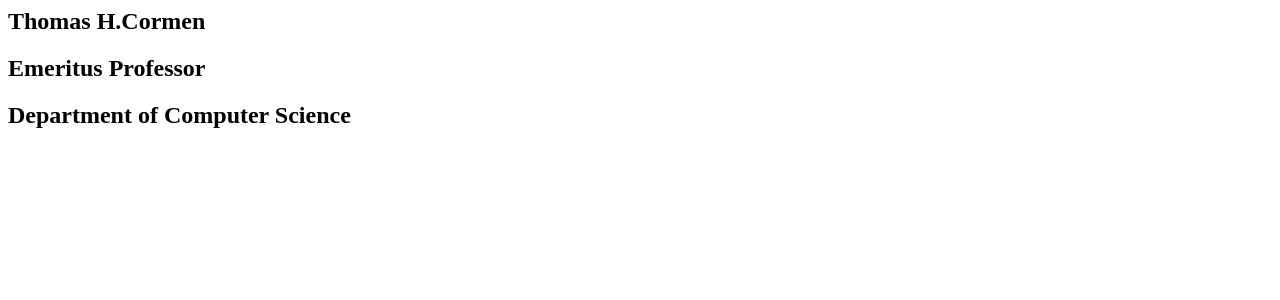
Repository: HoangDuy315/web-dev2022
Page: index.html
An editor plug-in stored every save of this project. The page is shown before and after the next save, followed by the edit.
The browser window is 1280 px wide. The pictures show the whole page.

Above is the page before, as saved 2022-09-22 14:03:06.

### index.html
<html lang="en">
<head>
    <meta charset="UTF-8">
    <meta http-equiv="X-UA-Compatible" content="IE=edge">
    <meta name="viewport" content="width=device-width, initial-scale=1.0">
    <title>Document</title>
</head>
<body>
    <h2>Thomas H.Cormen</h2>
    <h2>Emeritus Professor</h2>
    <h2>Department of Computer Science</h2>
</body>
</html>

After the next save:
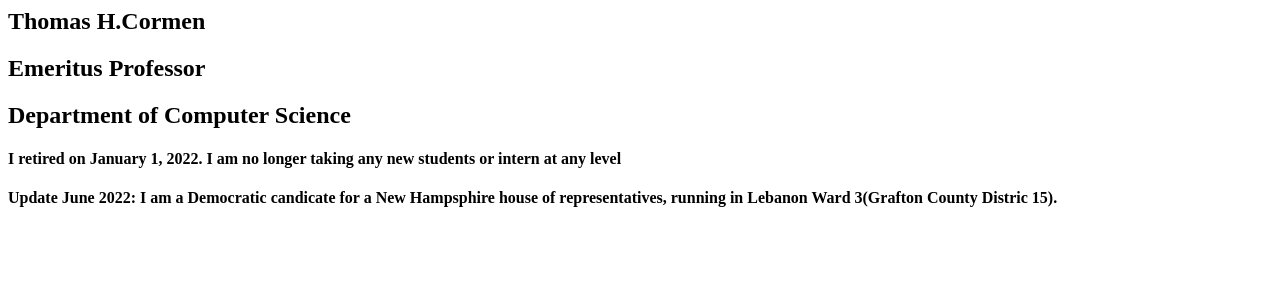
Saved 3 min 44 s later.
--- a/index.html
+++ b/index.html
@@ -9,5 +9,7 @@
     <h2>Thomas H.Cormen</h2>
     <h2>Emeritus Professor</h2>
     <h2>Department of Computer Science</h2>
+    <h4>I retired on January 1, 2022. I am no longer taking any new students or intern at any level</h4>
+    <h4>Update June 2022: I am a Democratic candicate for a New Hampsphire house of representatives, running in Lebanon Ward 3(Grafton County Distric 15).</h4>
 </body>
 </html>
